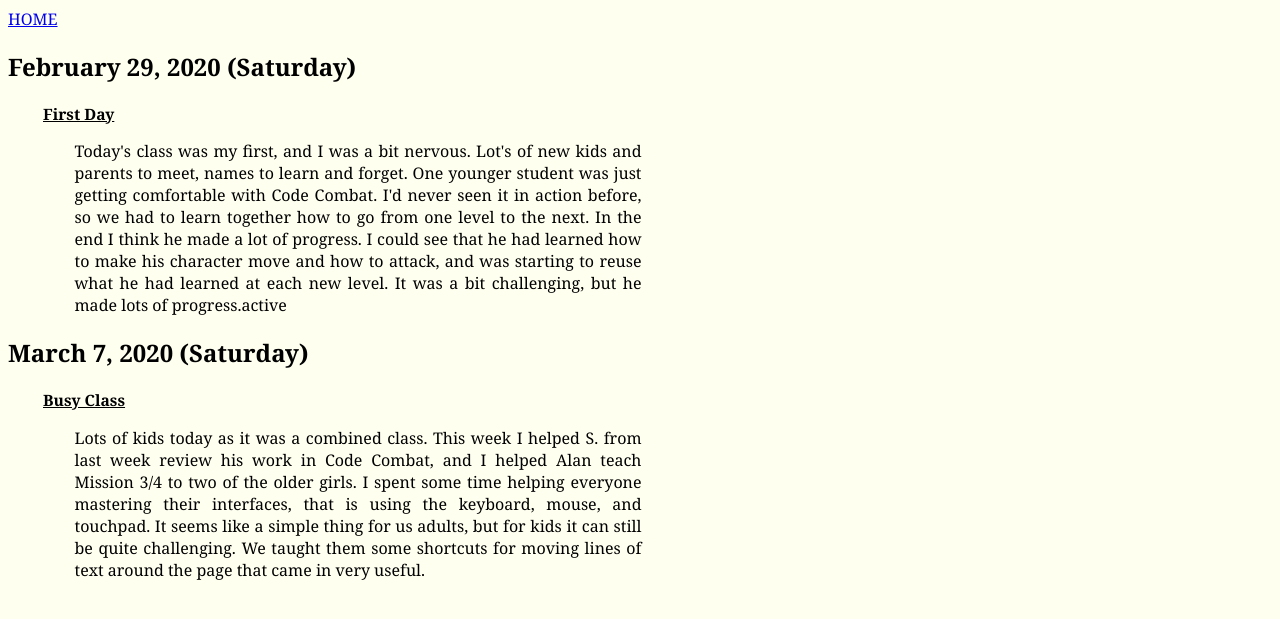
Repository: chocochocosensei/Mission-Exercises
Page: Page1/index.html
These files come from the project's save history. The page is drawn as it stood at one moment and after the next save; the edit follows.
The browser window is 1280 px wide. The pictures show the whole page.

Above is the page before, as saved 2020-03-11 03:55:25.

### Page1/index.html
<!doctype html>
<html>

<head>
    <meta charset="utf-8">
    <link rel="stylesheet" href="../style.css">
    <title>Mission Exercises March</title>
</head>

<body>
    <section>
        <div class="nav-bar"><a href="../index.html">HOME</a></div>
    </section>

    <section>
        <div class="section-title">
            <h2 id="entry-date-for-2020-02-29">February 29, 2020 (Saturday)</h2>
        </div>
        <div class="section-activity">
            <div class="card">
                <div class="title">
                    <h3 id="entry-title-for-2020-02-29">First Day</h3>
                </div>
                <div class="content">
                    <p>Today's class was my first, and I was a bit nervous. Lot's of new kids and parents to meet, names to learn and forget. One younger student was just getting comfortable with Code Combat. I'd never seen it in action before, so we had
                        to learn together how to go from one level to the next. In the end I think he made a lot of progress. I could see that he had learned how to make his character move and how to attack, and was starting to reuse what he had learned
                        at each new level. It was a bit challenging, but he made lots of progress.active</p>
                </div>
            </div>

            <div class="card class-hours hidden">
                <div class="title">
                    <h3 id="hours-for-2020-02-29">Hours for February 29, 2020</h3>
                </div>
                <div class="content">
                    <p>Class: 10:30-12:30</p>
                    <p>Hours: 2</p>
                </div>

            </div>
        </div>
    </section>

    <section>
        <div class="section-title">
            <h2 id="entry-date-for-2020-03-07">March 7, 2020 (Saturday)</h2>
        </div>
        <div class="section-activity">
            <div class="card">
                <div class="title">
                    <h3 id="entry-title-for-2020-03-07">Busy Class</h3>
                </div>
                <div class="content">
                    <p>Lots of kids today as it was a combined class. This week I helped S. from last week review his work in Code Combat, and I helped Alan teach Mission 3/4 to two of the older girls. I spent some time helping everyone mastering their interfaces,
                        that is using the keyboard, mouse, and touchpad. It seems like a simple thing for us adults, but for kids it can still be quite challenging. We taught them some shortcuts for moving lines of text around the page that came in very
                        useful.
                    </p>
                </div>
            </div>

            <div class="card class-hours hidden">
                <div class="title">
                    <h3 id="hours-for-2020-02-29">Hours for March 7, 2020</h3>
                </div>
                <div class="content">
                    <p>Class: 10:30-12:30</p>
                    <p>Hours: 2</p>
                </div>

            </div>
        </div>
    </section>
</body>

### style.css
body {
    background-color: ivory;
    font-family: Cambria, Cochin, Georgia, Times, 'Times New Roman', serif;
    max-width: 700px;
}

*.hidden {
    display: none;
}

.section-title {}

.section-activity {
    margin: 0 5%;
}

.section-activity .content p {
    margin: 0 5%;
    text-align: justify;
}

.title {
    font-weight: bold;
    font-size: smaller;
    text-decoration: underline;
}

After the next save:
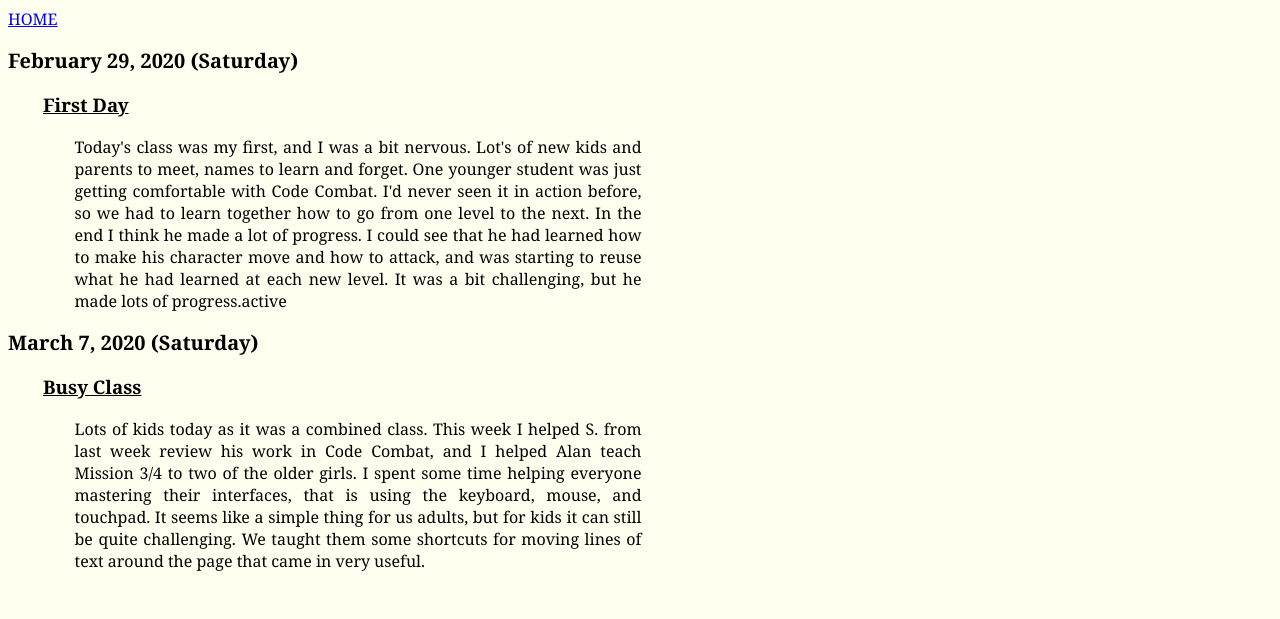
Saved 2 min 52 s later.
--- a/style.css
+++ b/style.css
@@ -8,7 +8,9 @@ body {
     display: none;
 }
 
-.section-title {}
+.section-title {
+    font-size: smaller;
+}
 
 .section-activity {
     margin: 0 5%;
@@ -21,6 +23,5 @@ body {
 
 .title {
     font-weight: bold;
-    font-size: smaller;
     text-decoration: underline;
 }
